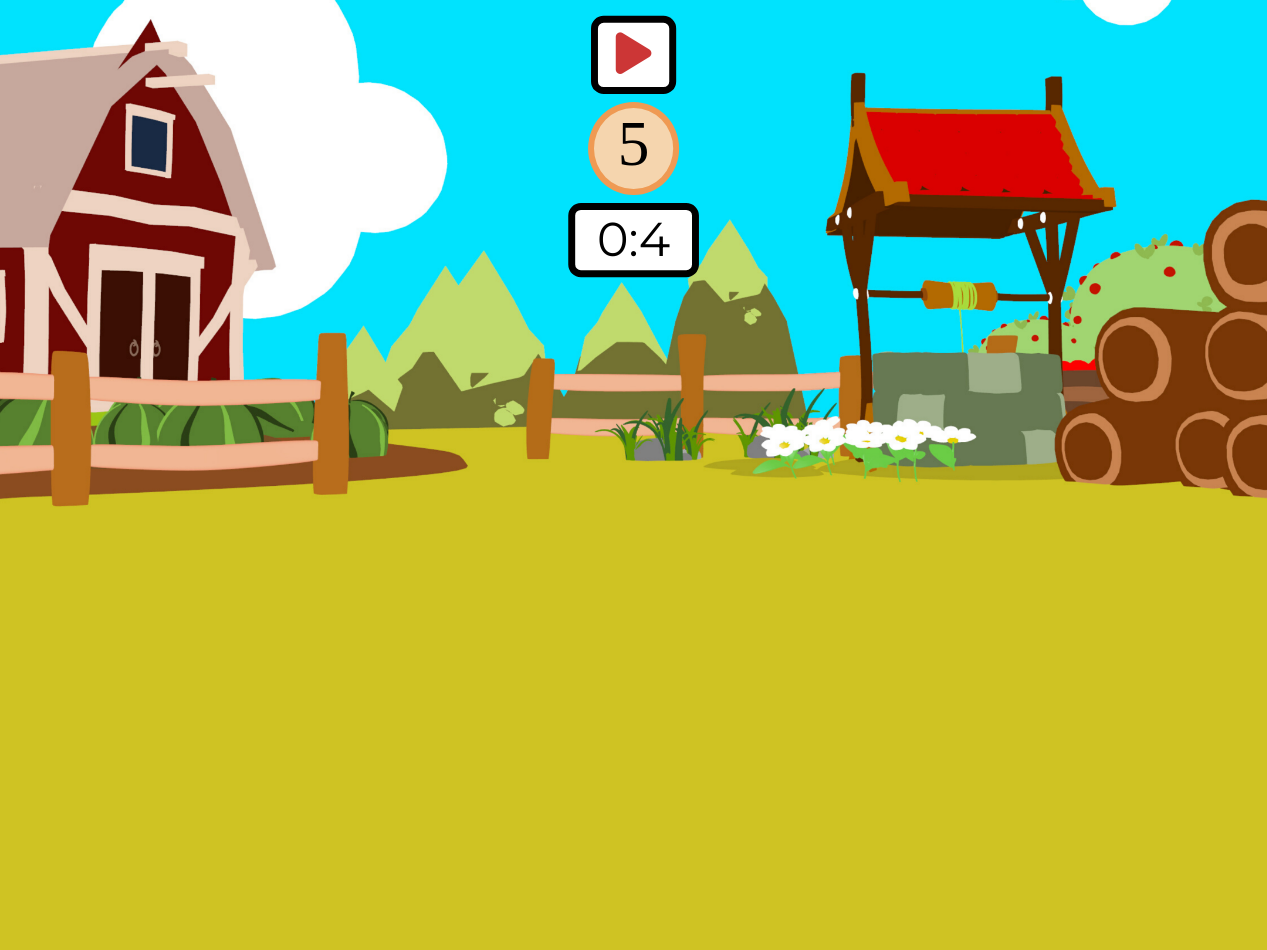
Repository: sephinejo/Mini-carrot-game
Page: index.html
An editor plug-in stored every save of this project. The page is shown before and after the next save, followed by the edit.
The browser window is 1280 px wide. The pictures show the whole page, at 99% of full size.
Some web fonts or font styles are not loaded; a fallback is used. Some web libraries are served in a nearby version.

Above is the page before, as saved 2023-05-15 12:05:10.

After the next save:
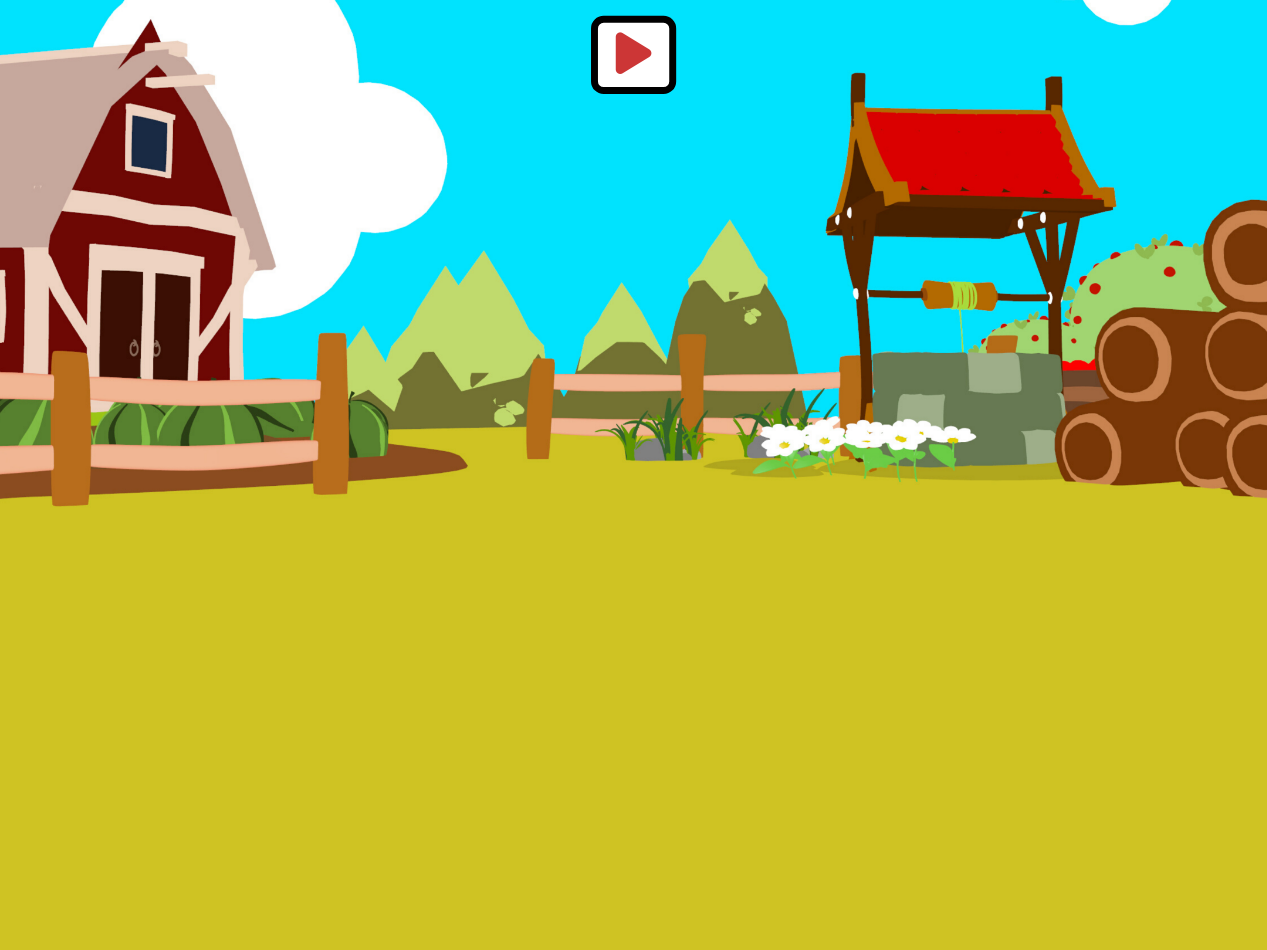
Saved 49 min 37 s later.
--- a/style.css
+++ b/style.css
@@ -52,6 +52,7 @@ button {
   background-color: #f5d5ae;
   padding: 0 1.5rem 0.5rem;
   margin-bottom: 0.5rem;
+  visibility: hidden;
 }
 
 .info__timer {
@@ -61,6 +62,7 @@ button {
   border-radius: 0.8rem;
   background-color: white;
   padding: 0.1rem 1.4rem;
+  visibility: hidden;
 }
 
 .field {
